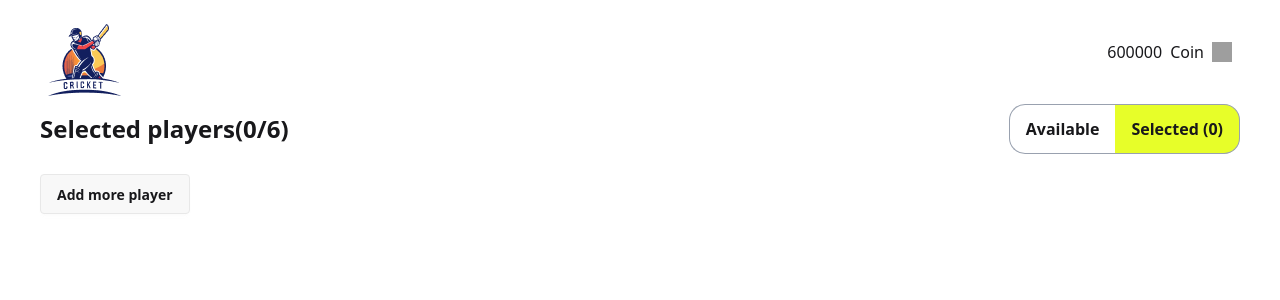
Repository: SanjidaSnigdha/Select-your-eleven
Page: /, after clicking the first element matching `button.rounded-r-2xl`
An editor plug-in stored every save of this project. The page is shown before and after the next save, followed by the edit.
The browser window is 1280 px wide. The pictures show the whole page.
Pictures or frames that could not be fetched are drawn as grey boxes. The project was rebuilt for these pictures with package versions that can differ from the ones it lists, and the page was loaded fresh each time. Also part of the build but not shown: vite.config.js, src/App.css, src/components/SelectedCard/SelectedCard.jsx.

Above is the page before, as saved 2026-03-21 22:25:29.

After the next save:
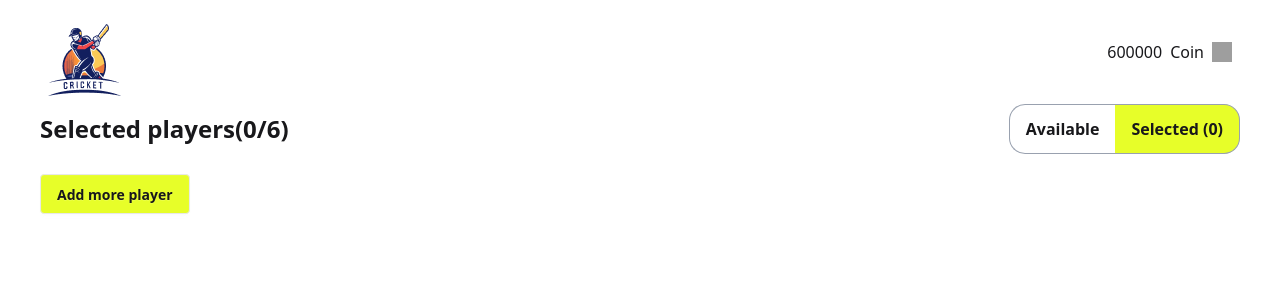
Saved 5 s later.
--- a/src/components/SelectedPlayers/SelectedPlayers.jsx
+++ b/src/components/SelectedPlayers/SelectedPlayers.jsx
@@ -9,7 +9,7 @@ const SelectedPlayers = ({purchasedPlayers,removePlayer}) => {
                 purchasedPlayers.map(player=><SelectedCard removePlayer={removePlayer} player={player}></SelectedCard>)
             }
         {/* <button onClick={()=>setToggle(true)} className={`py-3 px-4 border-1 border-gray-400 rounded-l-2xl border-r-0 ${toggle===true?"bg-[#E7FE29]":""}`}>Available</button> */}
-        <button className='btn mt-5 bg-[#E7FE29'>Add more player</button>
+        <button className='btn mt-5 bg-[#E7FE29]'>Add more player</button>
         </div>
 
     );
